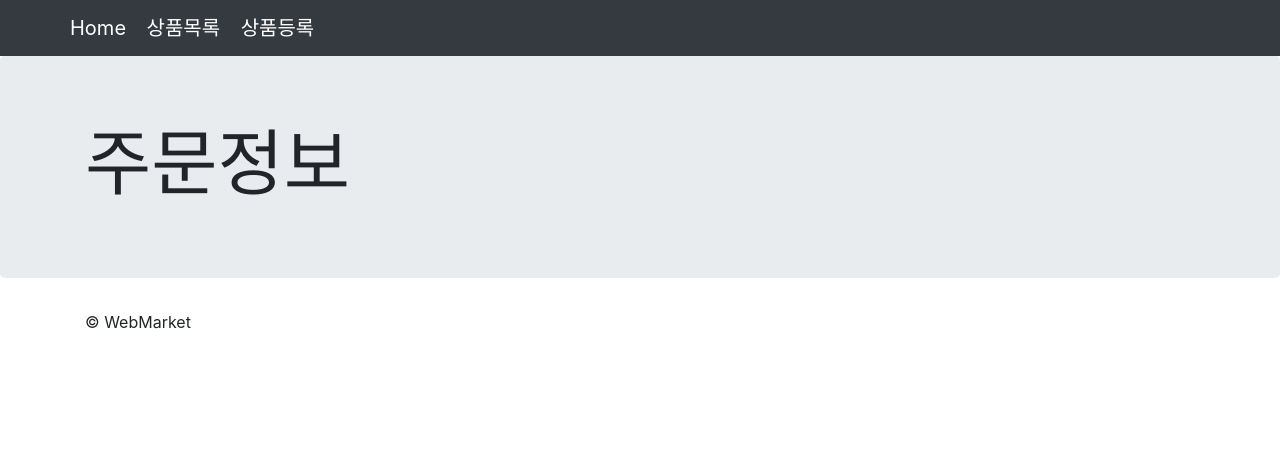
Repository: davisbyun/ai
Page: http://localhost/WebMarket/orderConfirmation.jsp
An editor plug-in stored every save of this project. The page is shown before and after the next save, followed by the edit.
The browser window is 1280 px wide. The pictures show the whole page.
The page is served by Tomcat 9. Other server files are loaded and not shown.

Above is the page before, as saved 2024-01-25 03:46:42.

### WebMarket/src/main/webapp/orderConfirmation.jsp
<%@page import="java.net.URLDecoder"%>
<%@ page language="java" contentType="text/html; charset=UTF-8"
    pageEncoding="UTF-8"%>
<%@ page import="java.net.URL" %>
<%@ page import="dao.ProductRepository" %>
<%@ page import="dto.Product" %>
<%@ page import="java.util.*" %>

<%--1단계 모든 정보 가져오기, 2단계 보여주기 --%>
<!DOCTYPE html>
<html>
<head>
<meta charset="UTF-8">
<title>orderConfirmation.jsp 주문정보 페이지 영수증 보이기</title>
<link rel="stylesheet" href="./css/bootstrap.min.css"/>
</head>
<body>
	<%
	 	request.setCharacterEncoding("utf-8");

		String cartId = session.getId();

		String vCartId = "";
		String vCartname ="";
		String vCartSD = "";
		String vCartCountry ="";
		String vCartZip = "";
		String vCartAN ="";

		//쿠키들을 배열에 담아서 가져오기
		Cookie[] c = request.getCookies();

		if(c != null ) {
			for(int i =0; i < c.length; i++ ) {
				Cookie t = c[i]; //쿠키배열의 0열에 있는 쿠키를 t변수에 담는다.
				String cn = t.getName(); //쿠키명을 얻는다.
				if(cn.equals("sCartId") ) vCartId = URLDecoder.decode(t.getValue(), "utf-8");
				if(cn.equals("sCartname") ) vCartname = URLDecoder.decode(t.getValue(), "utf-8");
				if(cn.equals("sCartSD") ) vCartSD = URLDecoder.decode(t.getValue(), "utf-8");
				if(cn.equals("sCartCountry") ) vCartCountry = URLDecoder.decode(t.getValue(), "utf-8");
				if(cn.equals("sCartZip") ) vCartZip = URLDecoder.decode(t.getValue(), "utf-8");
				if(cn.equals("sCartAN") ) vCartAN = URLDecoder.decode(t.getValue(), "utf-8");
			}
		}
	%>
<%--2단계 정보보이기 --%>
<jsp:include page="menu.jsp"></jsp:include>
 <div class="jumbotron">
    <div class="container">
        <h1 class="display-3"> 주문정보 </h1>
    </div>
 </div>

  <div class="container">
    <div class="row">
    </div>
  </div>

<jsp:include page="footer.jsp"></jsp:include>
</body>
</html>

### WebMarket/src/main/webapp/menu.jsp
<%@ page language="java" contentType="text/html; charset=UTF-8"
    pageEncoding="UTF-8"%>
<!DOCTYPE html>
<html>
<head>
<meta charset="UTF-8">
<title>Insert title here</title>
<link rel="stylesheet" href="https://cdn.jsdelivr.net/npm/bootstrap@4.0.0/dist/css/bootstrap.min.css" integrity="sha384-Gn5384xqQ1aoWXA+058RXPxPg6fy4IWvTNh0E263XmFcJlSAwiGgFAW/dAiS6JXm" crossorigin="anonymous">
</head>
<body>
	 <nav class="navbar navbar-expand navbar-dark bg-dark">
    <div class="container">
        <div class="navbar-header">
            <a class="navbar-brand" href="./welcome.jsp">Home</a>
            <a class="navbar-brand" href="./welcome.jsp">상품목록</a>
            <a class="navbar-brand" href="./welcome.jsp">상품등록</a>
         </div>
     </div>
   </nav>
</body>
</html>

### WebMarket/src/main/webapp/footer.jsp
<%@ page language="java" contentType="text/html; charset=UTF-8"
    pageEncoding="UTF-8"%>
<!DOCTYPE html>
<html>
<head>
<meta charset="UTF-8">
<title>Insert title here</title>
 <link rel="stylesheet" href="https://cdn.jsdelivr.net/npm/bootstrap@4.0.0/dist/css/bootstrap.min.css" integrity="sha384-Gn5384xqQ1aoWXA+058RXPxPg6fy4IWvTNh0E263XmFcJlSAwiGgFAW/dAiS6JXm" crossorigin="anonymous">
</head>
<body>
     <footer class="container">
	    <p>&copy; WebMarket</p>
	 </footer>
</body>
</html>

Loaded but not shown: WebMarket/src/main/webapp/css/bootstrap.min.css (library)

After the next save:
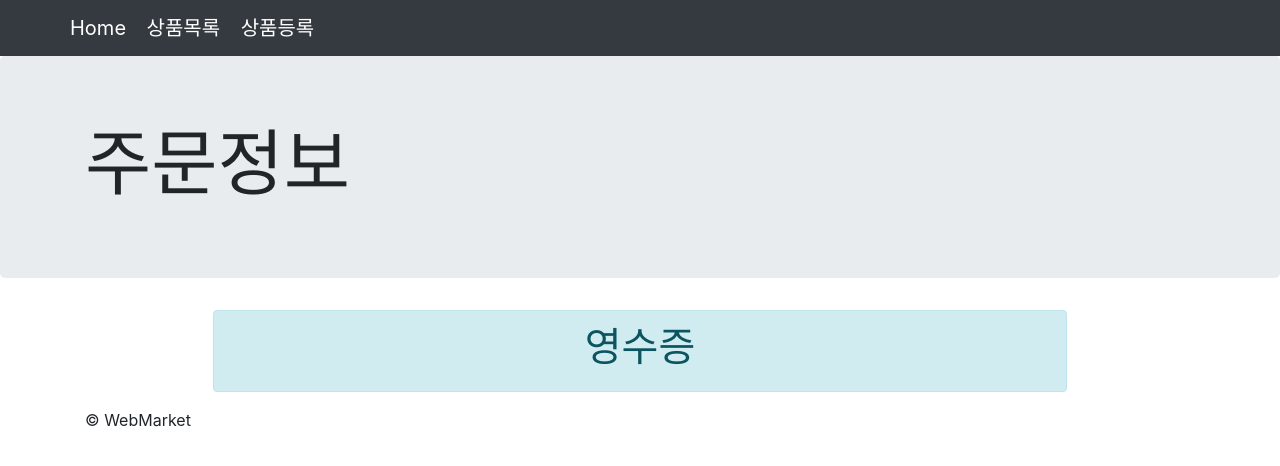
Saved 113 s later.
--- a/WebMarket/src/main/webapp/orderConfirmation.jsp
+++ b/WebMarket/src/main/webapp/orderConfirmation.jsp
@@ -50,11 +50,13 @@
         <h1 class="display-3"> 주문정보 </h1>
     </div>
  </div>
+ <div class="container col-8 alert alert-info ">
+    <div class="text-center">
+    <h1> 영수증 </h1>
+    </div>
+ </div>
 
-  <div class="container">
-    <div class="row">
-    </div>
-  </div>
+
 
 <jsp:include page="footer.jsp"></jsp:include>
 </body>
